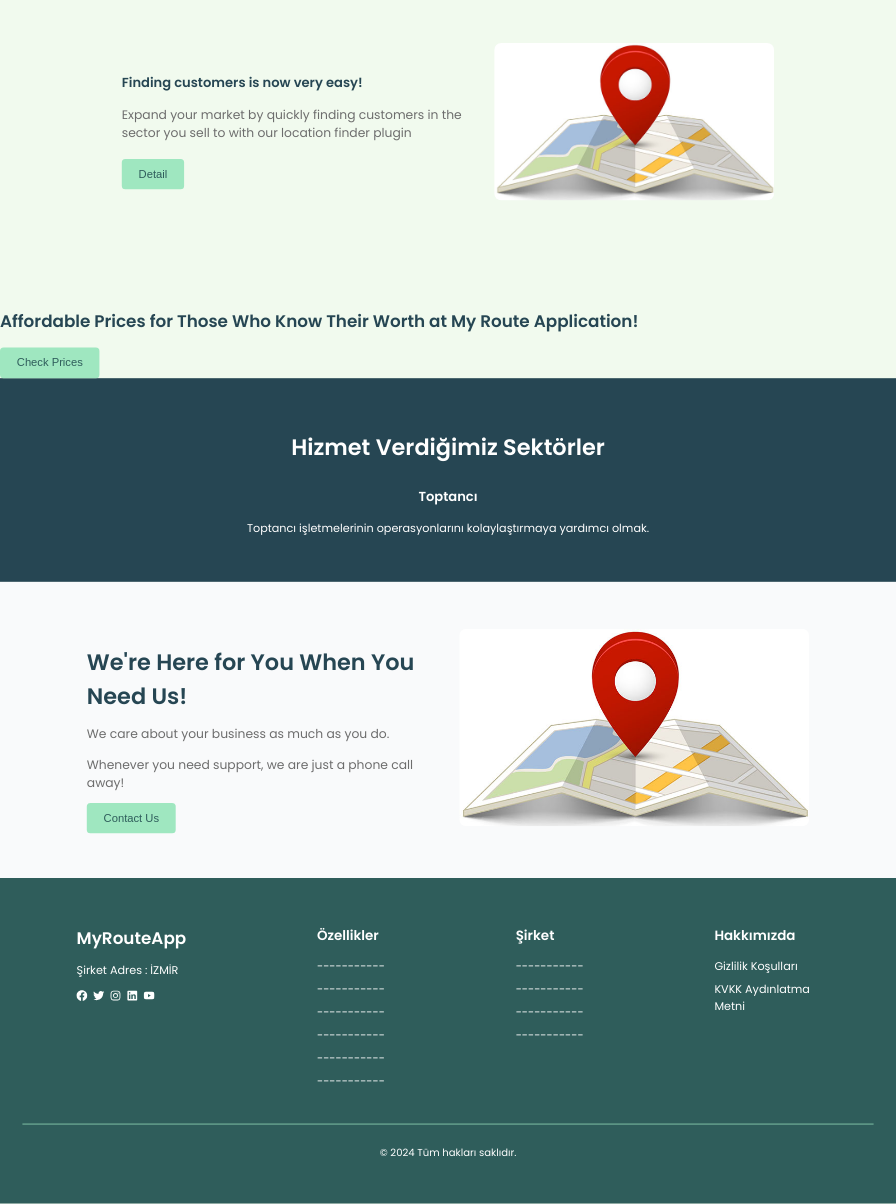
Repository: senolinanyasar/myrouteapplication
Page: /
These files come from the project's save history. The page is drawn as it stood at one moment and after the next save; the edit follows.
The browser window is 1280 px wide. The pictures show the part of the page from y = 1755 to 3675 px (the page is 3475 px tall before and 3675 px after), at 70% of full size.
The project was rebuilt for these pictures with package versions that can differ from the ones it lists, and the page was loaded fresh each time. Also part of the build but not shown: vite.config.js.

Above is the page before, as saved 2024-11-14 20:44:14.

### src/index.css
@import url('https://fonts.googleapis.com/css2?family=Poppins:wght@400;600&display=swap');

body {
  font-family: 'Poppins', sans-serif;
  color: #264653;
  background-color: #f1faee;
  margin: 0;
  padding: 0;
  box-sizing: border-box;
}

code {
  font-family: source-code-pro, Menlo, Monaco, Consolas, 'Courier New',
    monospace;
}

### src/App.js
import React from 'react';
import HomePage from './components/HomePage';

function App() {
  return (
    <div className="App">
      <HomePage/>
    </div>
  );
}

export default App;

### src/components/HomePage.js
// HomePage.js
import React from 'react';
import TopBar from './TopBar';
import Header from './Header';
import HeroSection from './HeroSection';
import FeaturesSection from './FeaturesSection';
import PricingSection from './PricingSection';
import IndustriesSection from './IndustriesSection';
import SupportSection from './SupportSection';
import Footer from './Footer';

const HomePage = () => {
    return (
        <div>
            <TopBar />
            <Header />
            <HeroSection />
            <FeaturesSection />
            <PricingSection />
            <IndustriesSection />
            <SupportSection />
            <Footer />
        </div>
    );
};

export default HomePage;

### src/components/TopBar.js
// TopBar.js
import React from 'react';
import './TopBar.css';

const TopBar = () => {
    return (
        <div className="top-bar">
            <div className="top-bar-content">
                <span>Destek</span>
                <span>0232 323 3223</span>
                <a href="#contact">İletişim</a>
            </div>
        </div>
    );
};

export default TopBar;

### src/components/Header.js
// Header.js
import React from 'react';
import './Header.css';

const Header = () => {
    return(
        <header className="header">
            <div className="header-logo">/logo url</div>
            <nav className="header-nav">
                <a href="#features">Özellikler</a>
                <a href="#industries">Sektörler</a>
                <a href="#pricing">Fiyatlandırma</a>
                <a href="#about">Hakkımızda</a>
                <a href='#contact'>İletişim</a>
            </nav>
            <div className="header-buttons">
                <button className="login-button">Giriş</button>
                <button className="register-button">Kayıt Ol</button>
            </div>
        </header>
    );
};


export default Header;

### src/components/HeroSection.js
// HeroSection.js
import React from 'react';
import './HeroSection.css';
import herosectionimage from '../images/hero1.webp';

const HeroSection = () =>{
    return(
        <section className="hero">
            <div className='hero-content'>
                <div className='hero-text'>
                    <h1>Customer Finding and Account Management Application Coming from the Heart of Commerce</h1>
                    <p>Increase your sales by finding your customers quickly.</p>
                    <button className='cta-button'>Let's Get it</button>
                </div>
                <div className='hero-image'>
                    <img src={herosectionimage} alt="Hero"/>
                </div>
            </div>
        </section>
    );
};

export default HeroSection;

### src/components/FeaturesSection.js
// FeaturesSection.js
import React from 'react';
import './FeaturesSection.css';
import locationImage from '../images/location.jpg';

const FeaturesSection = () => {
    return (
        <section className="features-section">
            <h2 className='features-title'>Everything You Need <br /> in One Application</h2>
            <div className='feature'>
                <div className='feature-text'>
                    <h3>Finding customers is now very easy!</h3>
                    <p>Expand your market by quickly finding customers in the sector you sell to with our location finder plugin</p>

                <button className='cta-button'>Detail</button>
            </div>
            <div className='feature-image'>
            <img src={locationImage} alt="Location Feature" />
            </div>
            </div>

            <div className='feature'>
                <div className='feature-text'>
                    <h3>Finding customers is now very easy!</h3>
                    <p>Expand your market by quickly finding customers in the sector you sell to with our location finder plugin</p>

                <button className='cta-button'>Detail</button>
            </div>
            <div className='feature-image'>
            <img src={locationImage} alt="Location Feature" />
            </div>
            </div>
            <div className='feature'>
                <div className='feature-text'>
                    <h3>Finding customers is now very easy!</h3>
                    <p>Expand your market by quickly finding customers in the sector you sell to with our location finder plugin</p>

                <button className='cta-button'>Detail</button>
            </div>
            <div className='feature-image'>
            <img src={locationImage} alt="Location Feature" />
            </div>
            </div>
            <div className='feature'>
                <div className='feature-text'>
                    <h3>Finding customers is now very easy!</h3>
                    <p>Expand your market by quickly finding customers in the sector you sell to with our location finder plugin</p>

                <button className='cta-button'>Detail</button>
            </div>
            <div className='feature-image'>
            <img src={locationImage} alt="Location Feature" />
            </div>
            </div>
        </section>
    );
};

export default FeaturesSection;

### src/components/PricingSection.js
// PricingSection.js
import React from "react";
import './PricingSection.css';

const PricingSection = () => {
    return (
        <section className="pricin-section">
          <div className="price-content">
          <h2>Affordable Prices for Those Who Know Their Worth at My Route Application!</h2>
          <button className="cta-button">Check Prices</button>
          </div>
      </section>
    );
};

export default PricingSection;

### src/components/IndustriesSection.js
// IndustriesSection.js
import React from "react";
import './IndustriesSection.css';

const IndustriesSection = () => {
    return (
        <section className="industries">
            <h2>Hizmet Verdiğimiz Sektörler</h2>
            <div className="industry-cards">
                <div className="industry-card">
                    <h3>Toptancı</h3>
                    <p>Toptancı işletmelerinin operasyonlarını kolaylaştırmaya yardımcı olmak.</p>
                </div>
            </div>
        </section>
    );
};

export default IndustriesSection;

### src/components/SupportSection.js
//SupportSection.js
import React from "react";
import './SupportSection.css';
import supportImage from '../images/location.jpg';


const SupportSection = () =>{
    return (
        <section className="support-section">
            <div className="support-content">
                <div className="support-text">
                <h2>We're Here for You When You Need Us!</h2>
          <p>We care about your business as much as you do.</p>
          <p>Whenever you need support, we are just a phone call away!</p>
          <button className="cta-button">Contact Us</button>
                </div>
                <div className="support-image">
                <img src={supportImage} alt="Support Team" />
                </div>
            </div>
        </section>
    );
};

export default SupportSection;

### src/components/Footer.js
// Footer.js

import React from 'react';
import './Footer.css';
import { FaFacebook, FaInstagram, FaLinkedin, FaTwitter, FaYoutube } from 'react-icons/fa';

const Footer = () => {
    return (
        <footer className="footer">
            <div className='footer-container'>
                {/* Logo ve Adres */}
                <div className='footer-logo-section'>
                    <h2 className='footer-logo'>MyRouteApp</h2>
                    <p>Şirket Adres : İZMİR</p>
                    <div className='social-icons'>
                        <FaFacebook />
                        <FaTwitter />
                        <FaInstagram />
                        <FaLinkedin />
                        <FaYoutube />
                    </div>
                </div>

                {/* Site Haritası */}
                <div className="footer-links">
                    <h3>Özellikler</h3>
                    <ul>
                        <li>-----------</li>
                        <li>-----------</li>
                        <li>-----------</li>
                        <li>-----------</li>
                        <li>-----------</li>
                        <li>-----------</li>
                    </ul>
                </div>

                <div className="footer-links">
                    <h3>Şirket</h3>
                    <ul>
                        <li>-----------</li>
                        <li>-----------</li>
                        <li>-----------</li>
                        <li>-----------</li>
                    </ul>
                </div>

                <div className="footer-links">
                    <h3>Hakkımızda</h3>
                    <ul>
                        <li>Gizlilik Koşulları</li>
                        <li>KVKK Aydınlatma Metni</li>
                    </ul>
                </div>
            </div>

            <div className="footer-bottom">
                <p>&copy; 2024 Tüm hakları saklıdır.</p>
            </div>
        </footer>
    );
};

export default Footer;

### src/components/TopBar.css
/* TopBar.css */

.top-bar {
    background-color: #2f5d5b;
    color: white;
    padding: 0.5rem;
    font-size: 0.9rem;
    display: flex;
    justify-content: center;
    position: fixed;
    top: 0;
    width: 99%;
    z-index: 1000;
}
.top-bar-content {
    display: flex;
    gap: 1rem;
    align-items: center;
    justify-content: flex-end;
    width: 100%;
}

.top-bar-content span{
    color: #ffffff;
}
.top-bar-content a{
    color: #9fe7c0;
    text-decoration: none;
    transition: color 0.3s;
}

.top-bar-content a:hover{
    color: #c3f2d0;
}

### src/components/Header.css
/* Header.css */
.header{
    display: flex;
    justify-content: space-between;
    align-items: center;
    padding: 1rem 2rem;
    background-color: #2a9d8f;
    color: white;
    margin-top: 2rem;
    position: sticky;
    top: 2rem;
    z-index: 999;
}


.header-logo {
    font-size: 1.5rem;
    font-weight: bold;
}
.header-nav a{
    margin: 0 1rem;
    color: white;
    text-decoration: none;
}
.header-nav a:hover {
    color: #e9c46a;
  }

.header-buttons button{
    margin-left: 1rem;
    padding: 0.5rem 1rem;
    border: none;
    border-radius: 5px;
}

.login-button{
    background-color: #264653;
    color: white;
}

.register-button{
    background-color: #e9c46a;
    color: black;
}

### src/components/HeroSection.css
.hero {
    padding: 4rem 2rem;
    background-color: #2f5d5b;
    color: white;

}

.hero-content {
    display: flex;
    align-items: center;
    justify-content: space-between;
    max-width: 1000px;
    margin: 0 auto;
}

.hero-text {
    flex: 1;
    margin-right: 2rem;
}

.hero h1 {
    font-size: 2.5rem;
    margin-bottom: 1rem;

}

.hero p {
    font-size: 1.2rem;
    margin-bottom: 2rem;

}

.cta-button {
    padding: 0.8rem 1.5rem;
    font-size: 1rem;
    color: #2f5d5b;
    background-color: #9fe7c0;
    border: none;
    border-radius: 5px;
    cursor: pointer;
    transition: background-color 0.3s ease;
}

.cta-button:hover {
    background-color: #c3f2d0;
}

.hero-image {
    flex: 1;
    max-width: 500px;
    height: auto;

}

.hero-image img {
    width: 100%;
    height: auto;
    object-fit: cover;
    border-radius: 10px;
}

### src/components/FeaturesSection.css
/* FeaturesSection.css */
.features-section {
    padding: 4rem 2rem;
    text-align: center;
}

.features-title {
    font-size: 2rem;
    font-weight: 600;
    color: #264653;
    margin-bottom: 3rem;
    line-height: 1.2;
}



.feature {
    display: flex;
    align-items: center;
    justify-content: center;
    gap: 2rem;
    margin-bottom: 4rem;
    flex-direction: row;
}

.feature:nth-child(even) {
    flex-direction: row-reverse;
}

.feature-text {
    flex: 1;
    max-width: 500px;
    text-align: left;
}

.features h3 {
    font-size: 1.8rem;
    font-weight: 600;
    color: #264653;
    margin-bottom: 1rem;
}

.feature-text p {
    font-size: 1.1rem;
    color: #6d6d6d;
    margin-bottom: 1.5rem;
}

.cta-button {
    padding: 0.8rem 1.5rem;
    font-size: 1rem;
    color: #2f5d5b;
    background-color: #9fe7c0;
    border: none;
    border-radius: 5px;
    cursor: pointer;
    transition: background-color 0.3s ease;
    text-align: center;
}

.cta-button:hover {
    background-color: #c3f2d0;
}

.feature-image {
    flex: 1;
    max-width: 400px;
    height: auto;
}

.feature-image img {
    width: 100%;
    height: auto;
    object-fit: cover;
    border-radius: 10px;
}

### src/components/PricingSection.css
/* PricingSection.css */

.pricing{
    padding: 3rem;
    background-color: #f4a261;
    color: #264653;
    text-align: center;
}

.pricing h2{
    font-size: 2rem;
    margin-bottom: 2rem;
}

.pricing-cards {
    display: flex;
    justify-content: space-around;
    flex-wrap: wrap;
}

.pricing-card {
    background-color: white;
    padding: 2rem;
    border-radius: 10px;
    width: 250px;
    margin: 1rem;
    box-shadow: 0px 4px 8px  rgba(0, 0, 0, 0.2);
    transition: transform 0.3s ease;
}

.pricing-card:hover{
    transform: scale(1.05);
}

.cta-button{
    padding: 0.8rem 1.5rem;
    font-size: 1rem;
    color: white;
    background-color: #2a9d8f;
    border: none;
    border-radius: 5px;
    cursor: pointer;
    transition: background-color 0.3s ease;
}

.cta-button:hover{
    background-color: #e76f51;
}

### src/components/IndustriesSection.css
/* IndustriesSection.css */

.industries {
    padding: 3rem;
    background-color: #264653;
    color: white;
    text-align: center;
}

.industries h2{
    font-size: 2rem;
    margin-bottom: 2rem;
}

.industries-cards{
    display: flex;
    justify-content: space-around;
    flex-wrap: wrap;
}

.industries-card{
    background-color: #2a9d8f;
    padding: 1.5rem;
    border-radius: 10px;
    width: 250px;
    margin: 1rem;
    box-shadow: 0px 4px 8px rgba(0, 0, 0, 0,2);
    transition: transform 0.3s ease;
}

.industries-card:hover{
    transform: translateY(-5px);
}

### src/components/SupportSection.css
/*SupportSection.css */
.support-section{
    background-color: #f9fafb;
    padding: 4rem 2rem;
    display: flex;
    justify-content: center;
    align-items: center;
}

.support-content{
    display: flex;
    align-items: center;
    justify-content: space-between;
    max-width: 1200px;
    gap: 2rem;
}

.support-text{
    flex: 1;
    max-width: 500px;
    text-align: left;
}
.support-text h2{
    font-size: 2rem;
    color: #264653;
    margin-bottom: 1rem;
}

.support-text p {
    font-size: 1.1rem;
    color: #6d6d6d;
    margin-bottom: 1rem;
  }

  .cta-button {
    padding: 0.8rem 1.5rem;
    font-size: 1rem;
    color: #2f5d5b;
    background-color: #9fe7c0; /* Light green button */
    border: none;
    border-radius: 5px;
    cursor: pointer;
    transition: background-color 0.3s ease;
  }

  .cta-button:hover {
    background-color: #c3f2d0;
  }

  .support-image {
    flex: 1;
    max-width: 500px;
  }

  .support-image img {
    width: 100%;
    height: auto;
    object-fit: cover;
    border-radius: 10px;
  }

### src/components/Footer.css
/* Footer.css */

.footer {
    background-color: #2f5d5b;
    color: white;
    padding: 3rem 2rem;
}
.footer-container{
    display: flex;
    flex-wrap: wrap;
    justify-content: space-around;
    gap: 2rem;
}

.footer-logo-seciton{
    max-width: 200px;
}

.footer-logo{
    font-size: 1.5rem;
    margin-bottom: 1rem;
}
.footer-logo-seciton p{
    margin-bottom: 1rem;
}
.social-icons{
    display: flex;
    gap: 0.5rem;
}
.social-icons svg:hover{
    color: #9fe7c0;
}
.footer-links{
    max-width: 150px;
}
.footer-links h3{
    font-size: 1.2rem;
    margin-bottom: 1rem;
}
.footer-links ul{
    list-style: none;
    padding: 0;
}
.footer-links ul li {
    margin-bottom: 0.5rem;
    cursor: pointer;
    transition: color 0.3s;
}
.footer-links ul li:hover{
    color: #9fe7c0;
}

.footer-bottom {
    text-align: center;
    margin-top: 2rem;
    font-size: 0.9rem;
    border-top: 1px solid #9fe7c0;
    padding-top: 1rem;
}

Loaded but not shown: public/index.html (common file); src/index.js (common file); src/reportWebVitals.js (common file)

After the next save:
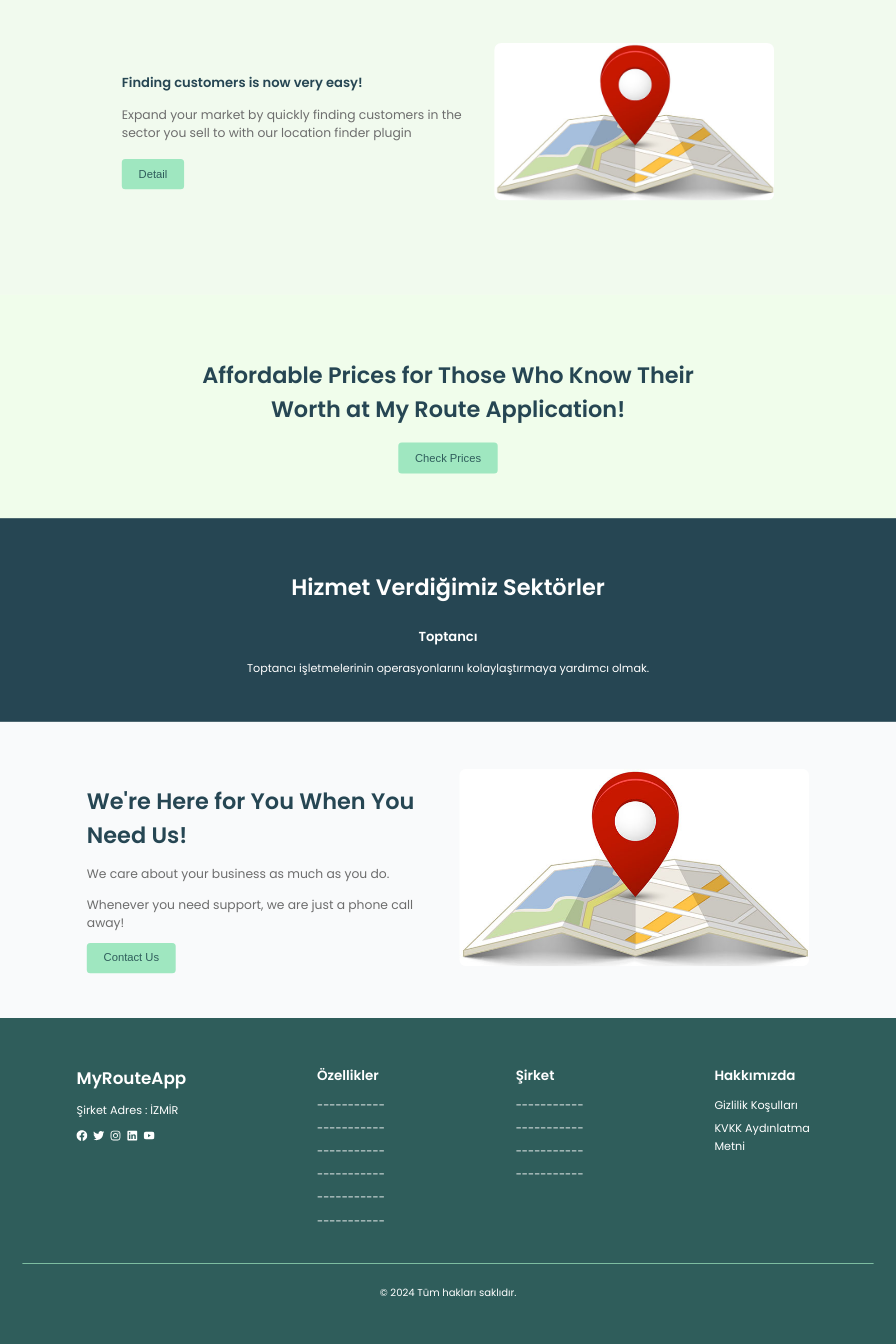
Saved 2 min 50 s later.
--- a/src/components/PricingSection.css
+++ b/src/components/PricingSection.css
@@ -1,48 +1,33 @@
 /* PricingSection.css */
 
-.pricing{
-    padding: 3rem;
-    background-color: #f4a261;
-    color: #264653;
+.pricin-section{
+    background-color: #f0fdeb;
+    padding: 4rem 2rem;
     text-align: center;
 }
-
-.pricing h2{
-    font-size: 2rem;
-    margin-bottom: 2rem;
+.price-content{
+    max-width: 800px;
+    margin:  0 auto;
 }
 
-.pricing-cards {
-    display: flex;
-    justify-content: space-around;
-    flex-wrap: wrap;
+.price-content h2{
+    font-size: 2rem;
+    font-weight: 600;
+    color: #264653;
+    margin-bottom: 1.5rem;
 }
 
-.pricing-card {
-    background-color: white;
-    padding: 2rem;
-    border-radius: 10px;
-    width: 250px;
-    margin: 1rem;
-    box-shadow: 0px 4px 8px  rgba(0, 0, 0, 0.2);
-    transition: transform 0.3s ease;
-}
-
-.pricing-card:hover{
-    transform: scale(1.05);
-}
-
-.cta-button{
+.cta-button {
     padding: 0.8rem 1.5rem;
     font-size: 1rem;
-    color: white;
-    background-color: #2a9d8f;
+    color: #2f5d5b;
+    background-color: #9fe7c0;
     border: none;
     border-radius: 5px;
     cursor: pointer;
     transition: background-color 0.3s ease;
-}
+  }
 
-.cta-button:hover{
-    background-color: #e76f51;
-}
+  .cta-button:hover {
+    background-color: #c3f2d0;
+  }
